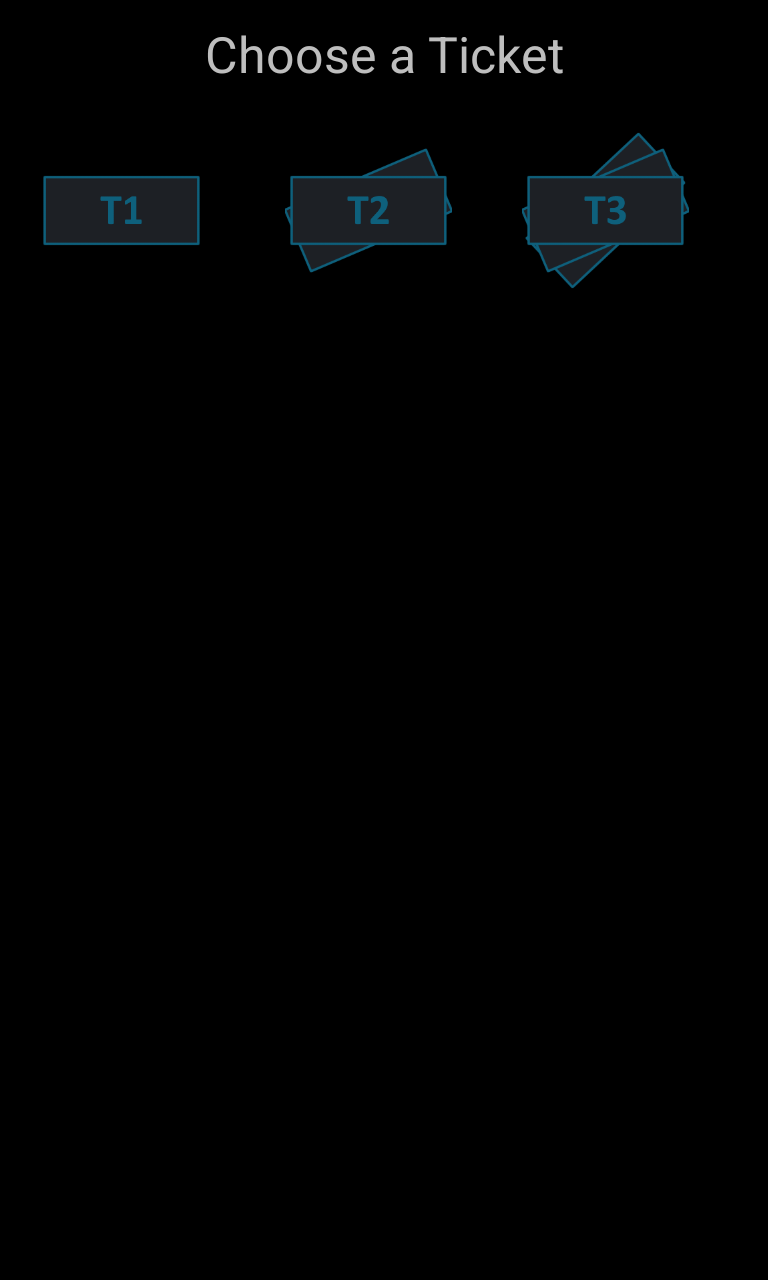
Repository: Nelspike/BusTicketer
Layout: PassengerMode/res/layout/fragment_show_tickets.xml
These files come from the project's save history. The layout is drawn as it stood at one moment and after a run of saves; the edit follows.
It is drawn on a 768 x 1280 px phone screen (xhdpi) without system bars, with theme AppTheme; the app's code is not run.

Above is the layout before, as saved 2013-10-19 20:17:44.

After the next 2 saves:
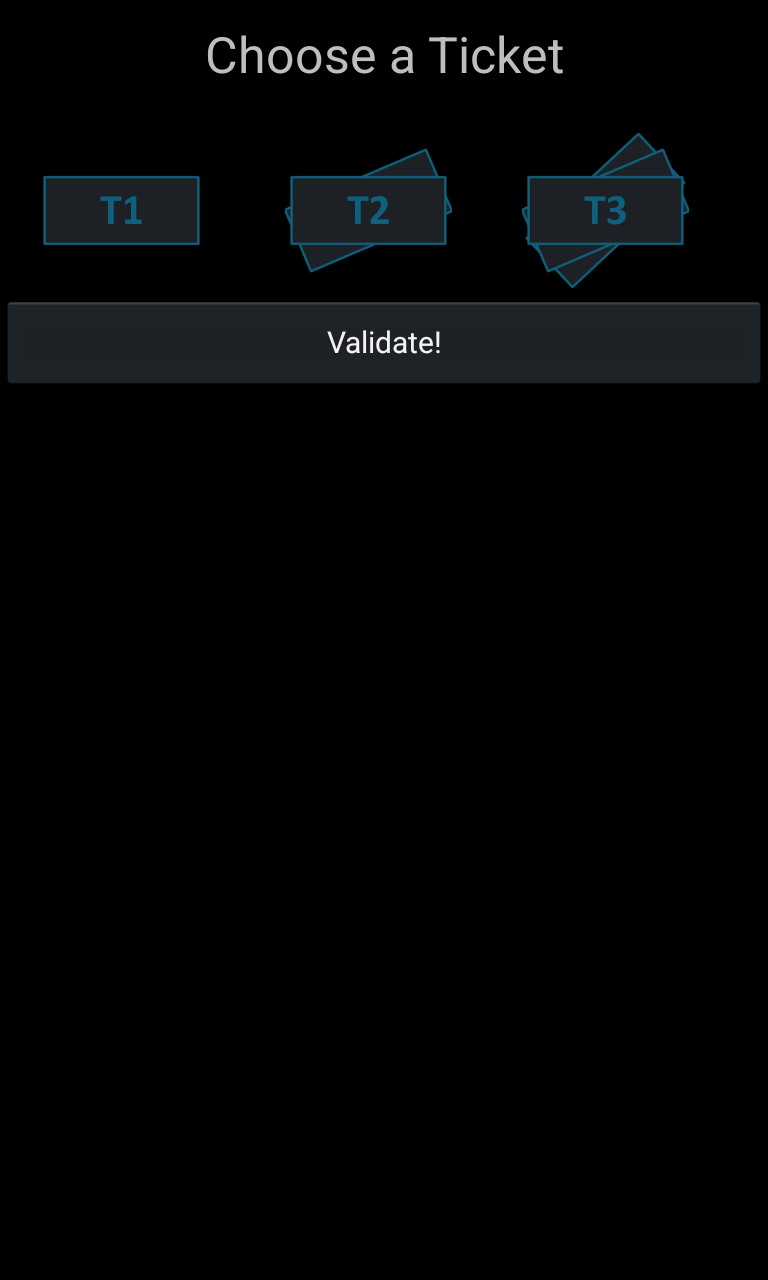
The 2 saves are shown as one change because they came seconds apart.
The last was saved 50 s later.
--- a/PassengerMode/res/layout/fragment_show_tickets.xml
+++ b/PassengerMode/res/layout/fragment_show_tickets.xml
@@ -18,6 +18,7 @@
 	        android:gravity="center"/>
 
 		<RadioGroup
+		    android:id="@+id/ticket_radio"
 		    android:layout_width="match_parent"
 		    android:layout_height="wrap_content"
 		    android:gravity="center"
@@ -25,6 +26,7 @@
 		    android:paddingTop="20dp" >
 
 			<RadioButton
+			    android:id="@+id/t1_radio"
 				android:button="@drawable/t1_selector"
 				android:layout_width="wrap_content"
 				android:layout_height="wrap_content"
@@ -32,12 +34,14 @@
 		        android:paddingLeft="30dp"/>
 
 			<RadioButton
+			    android:id="@+id/t2_radio"
 				android:button="@drawable/t2_selector"
 				android:layout_width="wrap_content"
 				android:layout_height="wrap_content"
 		        android:paddingLeft="35dp"/>
 
 			<RadioButton
+			    android:id="@+id/t3_radio"
 				android:button="@drawable/t3_selector"
 				android:layout_width="wrap_content"
 				android:layout_height="wrap_content"
@@ -45,6 +49,13 @@
 
 		</RadioGroup>
 
+		<Button
+		    android:id="@+id/t1_ticket_validate"
+		    android:layout_width="match_parent"
+		    android:layout_height="wrap_content"
+		    android:textSize="15sp"
+		    android:text="@string/validate_ticket" />
+
     </LinearLayout>
 
 
